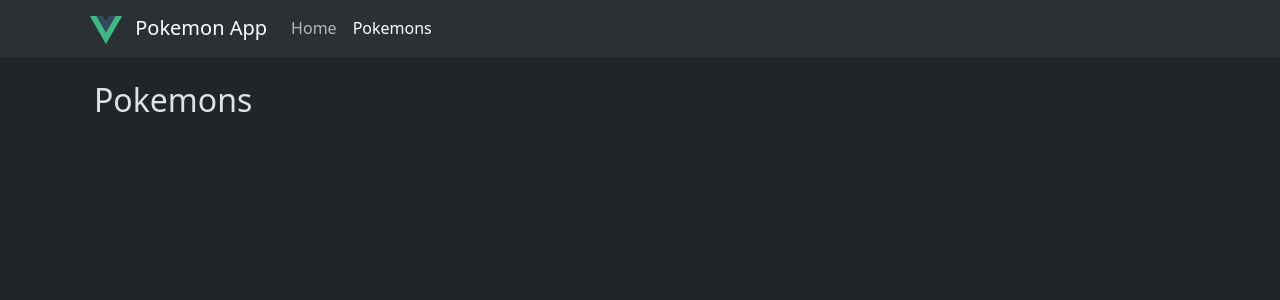
Repository: jjdevzinho/curso-vue-pinia-com-ts-poke-api
Page: /pokemons
These files come from the project's save history. The page is drawn as it stood at one moment and after the next save; the edit follows.
The browser window is 1280 px wide. The pictures show the whole page.
The page's requests for data from a server got no answer. The project was rebuilt for these pictures with package versions that can differ from the ones it lists, and the page was loaded fresh each time. No one was signed in, and anything a server would have sent is missing. Also part of the build but not shown: vite.config.ts, src/views/HomeView.vue.

Above is the page before, as saved 2024-10-13 22:31:13.

### index.html
<!doctype html>
<html lang="en" data-bs-theme="dark">
  <head>
    <meta charset="UTF-8" />
    <link rel="icon" href="/favicon.ico" />
    <meta name="viewport" content="width=device-width, initial-scale=1.0" />
    <title>Vite App</title>
    <link
      href="https://cdn.jsdelivr.net/npm/bootstrap@5.3.3/dist/css/bootstrap.min.css"
      rel="stylesheet"
      integrity="sha384-QWTKZyjpPEjISv5WaRU9OFeRpok6YctnYmDr5pNlyT2bRjXh0JMhjY6hW+ALEwIH"
      crossorigin="anonymous"
    />
  </head>
  <body>
    <div id="app"></div>
    <script type="module" src="/src/main.ts"></script>
  </body>
</html>

### src/App.vue
<script setup lang="ts">
import { RouterLink, RouterView } from 'vue-router'
</script>

<template>
  <header>
    <nav class="navbar navbar-expand-lg bg-body-tertiary">
      <div class="container">
        <RouterLink to="/" class="navbar-brand" exact>
          <img
            alt="Vue logo"
            class="logo"
            src="@/assets/logo.svg"
            width="48"
            height="28"
          />
          Pokemon App
        </RouterLink>
        <button
          class="navbar-toggler"
          type="button"
          data-bs-toggle="collapse"
          data-bs-target="#navbarNav"
          aria-controls="navbarNav"
          aria-expanded="false"
          aria-label="Toggle navigation"
        >
          <span class="navbar-toggler-icon"></span>
        </button>
        <div class="collapse navbar-collapse" id="navbarNav">
          <ul class="navbar-nav">
            <li class="nav-item">
              <RouterLink to="/" exact class="nav-link">Home</RouterLink>
            </li>
            <li class="nav-item">
              <RouterLink to="/pokemons" class="nav-link">Pokemons</RouterLink>
            </li>
          </ul>
        </div>
      </div>
    </nav>
  </header>
  <main class="container p-4">
    <RouterView />
  </main>
</template>

### src/router/index.ts
import { createRouter, createWebHistory } from 'vue-router'
import HomeView from '../views/HomeView.vue'

const router = createRouter({
  history: createWebHistory(import.meta.env.BASE_URL),
  linkActiveClass: 'active',
  routes: [
    {
      path: '/',
      name: 'home',
      component: HomeView,
    },
    {
      path: '/about',
      name: 'about',
      component: () => import('../views/AboutView.vue'),
    },
    {
      path: '/pokemons',
      name: 'about',
      component: () => import('../views/PokemonListView.vue'),
    },
    {
      path: '/pokemons/:name',
      name: 'pokemon',
      component: () => import('../views/PokemonView.vue'),
    },
    {
      path: '/:pathMatch(.*)*',
      name: 'not-found',
      component: () => import('../views/NotFoundView.vue'),
    },
  ],
})

export default router

### src/views/PokemonListView.vue
<script setup lang="ts">
import { useGetData } from '@/composables/getData'

interface Pokemon {
  name: string
  url: string
}

interface PokemonData {
  results: Pokemon[]
}

const { data, getData, loading, error } = useGetData<PokemonData>()

getData('https://pokeapi.co/api/v2/pokemons')
</script>

<template>
  <h2>Pokemons</h2>
  <p v-if="loading">loading...</p>
  <div class="alert alert-warning" v-if="error"></div>
  <div v-if="data">
    <ul class="">
      <li v-for="pokemon in data.results" :key="pokemon.name">
        <RouterLink :to="`/pokemons/${pokemon.name}`">
          {{ pokemon.name }}
        </RouterLink>
      </li>
    </ul>
  </div>
</template>

### src/composables/getData.ts
import axios from 'axios'
import { ref } from 'vue'

export const useGetData = <T>() => {
  const data = ref<T | null>(null)
  const loading = ref<boolean>(false)
  const error = ref<string | null>(null)

  const getData = async (url: string) => {
    loading.value = true
    error.value = null
    try {
      const res = await axios.get<T>(url)
      data.value = res.data
    } catch (err) {
      console.error(err)
      error.value = 'Error fetching data'
    } finally {
      loading.value = false
    }
  }

  return { data, loading, getData }
}

Loaded but not shown: src/main.ts (common file)

After the next save:
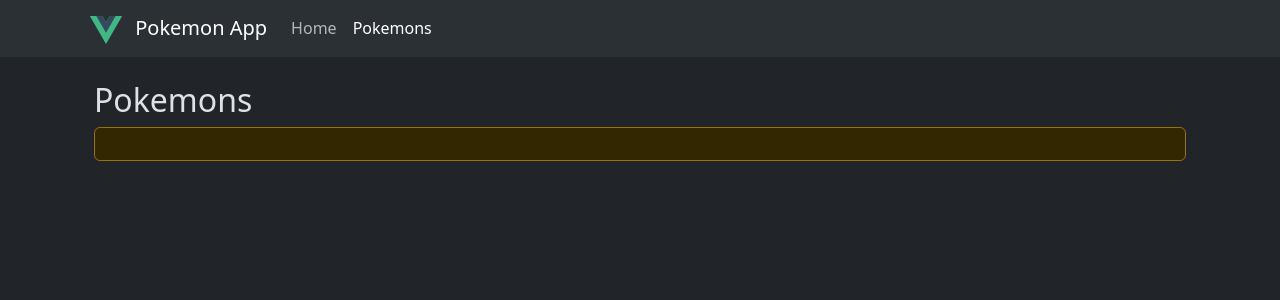
Saved 12 min 1 s later.
--- a/src/composables/getData.ts
+++ b/src/composables/getData.ts
@@ -20,5 +20,5 @@
     }
   }
 
-  return { data, loading, getData }
+  return { data, loading, getData, error }
 }
